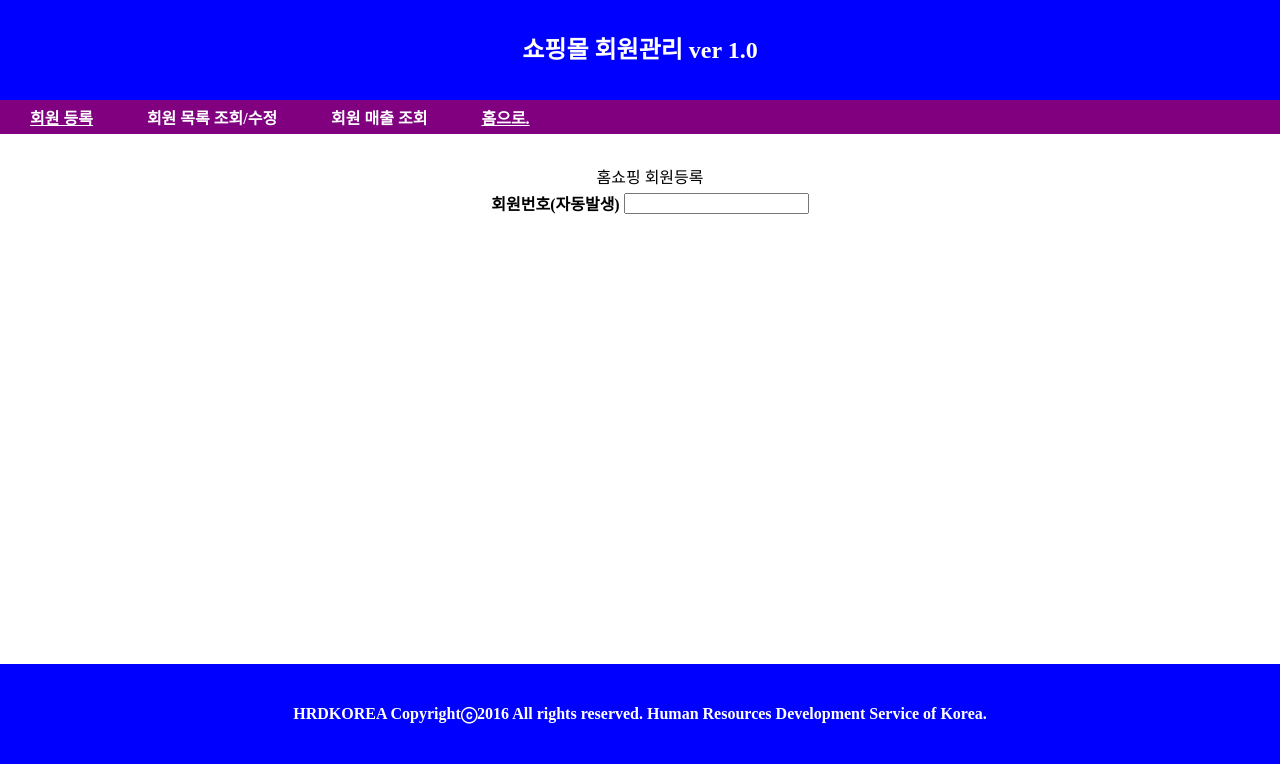
Repository: brightjy/Today-what-I-practiced
Page: http://localhost/HRD_900108/member/memberRegisterView.jsp
The author's editor kept a copy of each file at every save. The page is drawn from the files as they stood at one save, then again after the next save.
The browser window is 1280 px wide. The pictures show the whole page.
The page is served by Tomcat 9.

Above is the page before, as saved 2020-05-09 16:07:18.

### hrdkorea_0509/HRD_900108/WebContent/member/memberRegisterView.jsp
<%@ page language="java" contentType="text/html; charset=UTF-8"
    pageEncoding="UTF-8"%>
<!DOCTYPE html>
<html>
<head>
<meta charset="UTF-8">
<title>Insert title here</title>
<style>
</style>
</head>
<body>
<jsp:include page="../main/header.jsp"/>
	<section>
		<form action="../memberRegister.do">
			<table>
				<caption>홈쇼핑 회원등록</caption>
				<tr>
					<th>
						회원번호(자동발생)
					</th>
					<td>
						<input type="text" name="custno" value="${custno }" readonly="readonly">
					</td>
				</tr>
			</table>
		</form>
	</section>
<jsp:include page="../main/footer.jsp"/>
</body>
</html>

### hrdkorea_0509/HRD_900108/WebContent/main/header.jsp
<%@ page language="java" contentType="text/html; charset=UTF-8"
    pageEncoding="UTF-8"%>
<!DOCTYPE html>
<html>
<head>
<meta charset="UTF-8">
<title>Insert title here</title>
<style>
	*{
		margin:0 auto;
	}
	header{
		height:100px;
		background-color:blue;
	}
	header h2{
		text-align:center;
		line-height:100px;
		color:white;
	}
	nav{
		background-color:purple;
		padding:5px 0 5px 30px;
	}
	nav a{
		color: white;
		font-weight:bold;
		padding-right:50px;
	}
	section{
		padding: 30px 0 0 20px;
		height:500px;
	}
	section h3{
		text-align:center;
		margin-bottom:20px;
	}
	footer{
		height:100px;
		background-color:blue;
	}
	footer h4{
		text-align:center;
		line-height:100px;
		color:white;
	}
</style>
</head>
<body>
	<header>
		<h2>쇼핑몰 회원관리 ver 1.0</h2>
	</header>
	<nav>
		<a href="memberReigsterView.do">회원 등록</a>
		<a>회원 목록 조회/수정</a>
		<a>회원 매출 조회</a>
		<a href="main.do">홈으로.</a>
	</nav>
</body>
</html>

### hrdkorea_0509/HRD_900108/WebContent/main/footer.jsp
<%@ page language="java" contentType="text/html; charset=UTF-8"
    pageEncoding="UTF-8"%>
<!DOCTYPE html>
<html>
<head>
<meta charset="UTF-8">
<title>Insert title here</title>
<style>
	*{
		margin:0 auto;
	}
	header{
		height:100px;
		background-color:blue;
	}
	header h2{
		text-align:center;
		line-height:100px;
		color:white;
	}
	nav{
		background-color:purple;
		padding:5px 0 5px 30px;
	}
	nav a{
		color: white;
		font-weight:bold;
		padding-right:50px;
	}
	section{
		padding: 30px 0 0 20px;
		height:500px;
	}
	section h3{
		text-align:center;
		margin-bottom:20px;
	}
	footer{
		height:100px;
		background-color:blue;
	}
	footer h4{
		text-align:center;
		line-height:100px;
		color:white;
	}
</style>
</head>
<body>
	<footer>
		<h4>HRDKOREA Copyrightⓒ2016 All rights reserved. Human Resources Development Service of Korea.</h4>
	</footer>
</body>
</html>

After the next save:
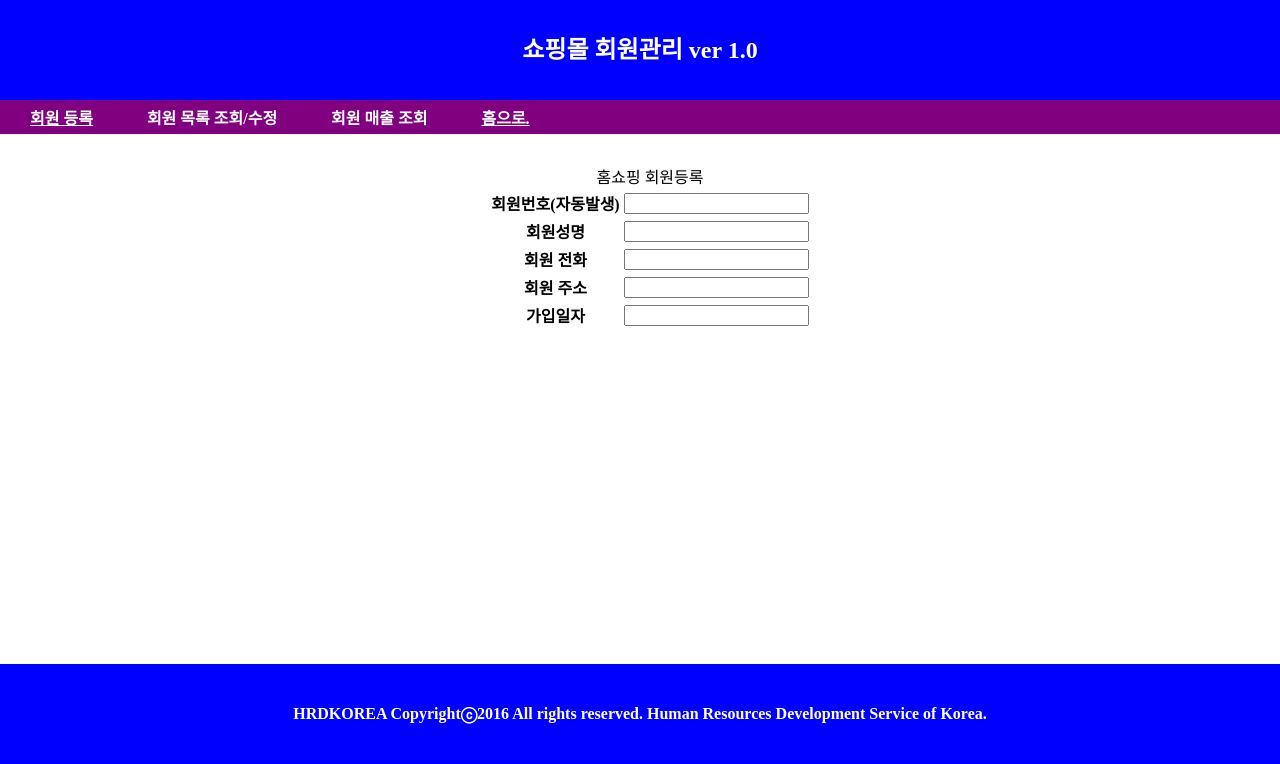
Saved 2 min 51 s later.
--- a/hrdkorea_0509/HRD_900108/WebContent/member/memberRegisterView.jsp
+++ b/hrdkorea_0509/HRD_900108/WebContent/member/memberRegisterView.jsp
@@ -22,6 +22,38 @@
 						<input type="text" name="custno" value="${custno }" readonly="readonly">
 					</td>
 				</tr>
+				<tr>
+					<th>
+						회원성명
+					</th>
+					<td>
+						<input type="text" name="custname">
+					</td>
+				</tr>
+				<tr>
+					<th>
+						회원 전화
+					</th>
+					<td>
+						<input type="phone" name="phone">
+					</td>
+				</tr>
+				<tr>
+					<th>
+						회원 주소
+					</th>
+					<td>
+						<input type="text" name="address">
+					</td>
+				</tr>
+				<tr>
+					<th>
+						가입일자
+					</th>
+					<td>
+						<input type="text" name="joindate">
+					</td>
+				</tr>
 			</table>
 		</form>
 	</section>
